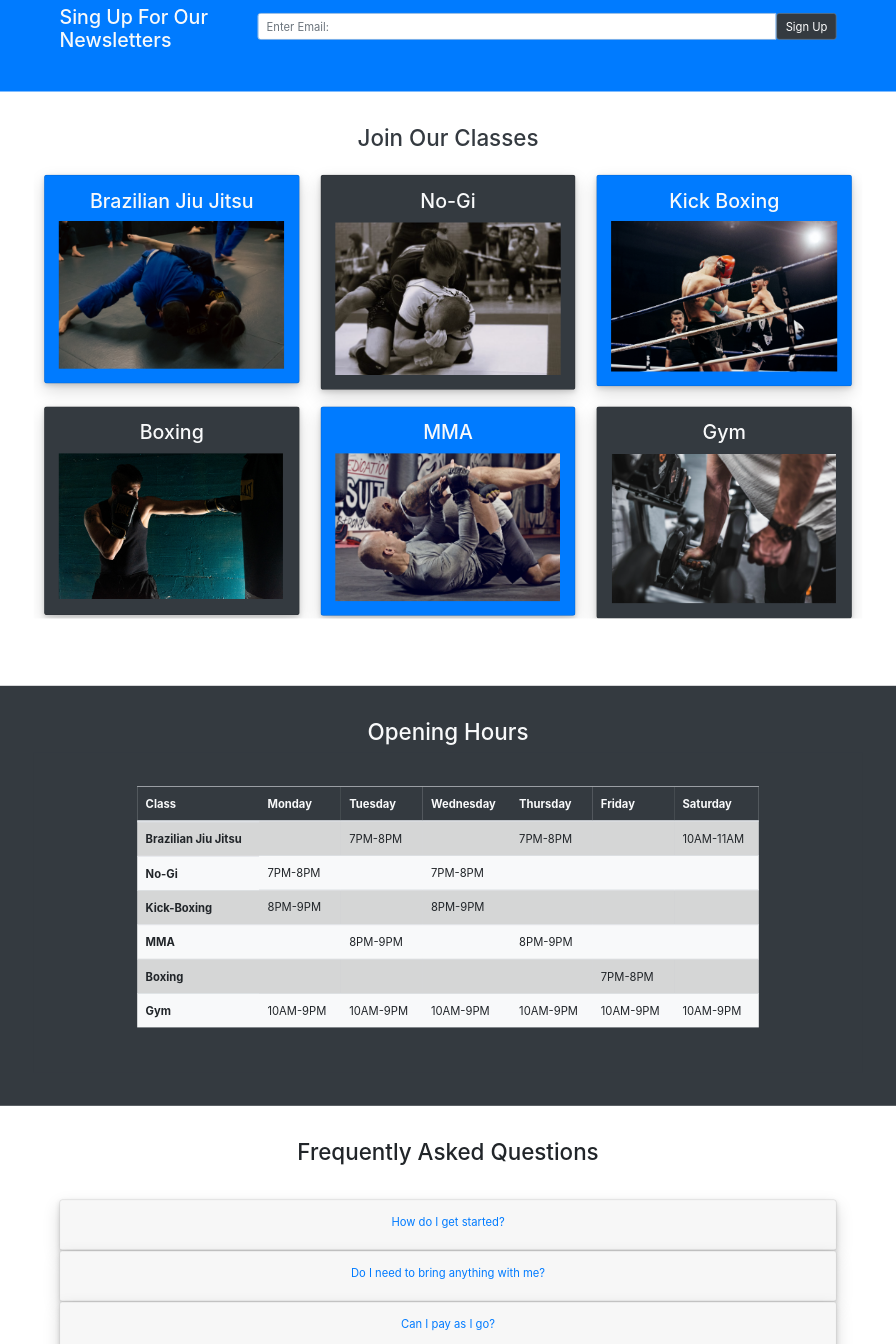
Repository: IonPara/Just-Fight
Page: index.html
An editor plug-in stored every save of this project. The page is shown before and after the next save, followed by the edit.
The browser window is 1280 px wide. The pictures show the part of the page from y = 504 to 2424 px (the page is 4101 px tall before and 4081 px after), at 70% of full size.
Some web libraries are served in a nearby version.

Above is the page before, as saved 2023-03-13 15:52:16.

After the next save:
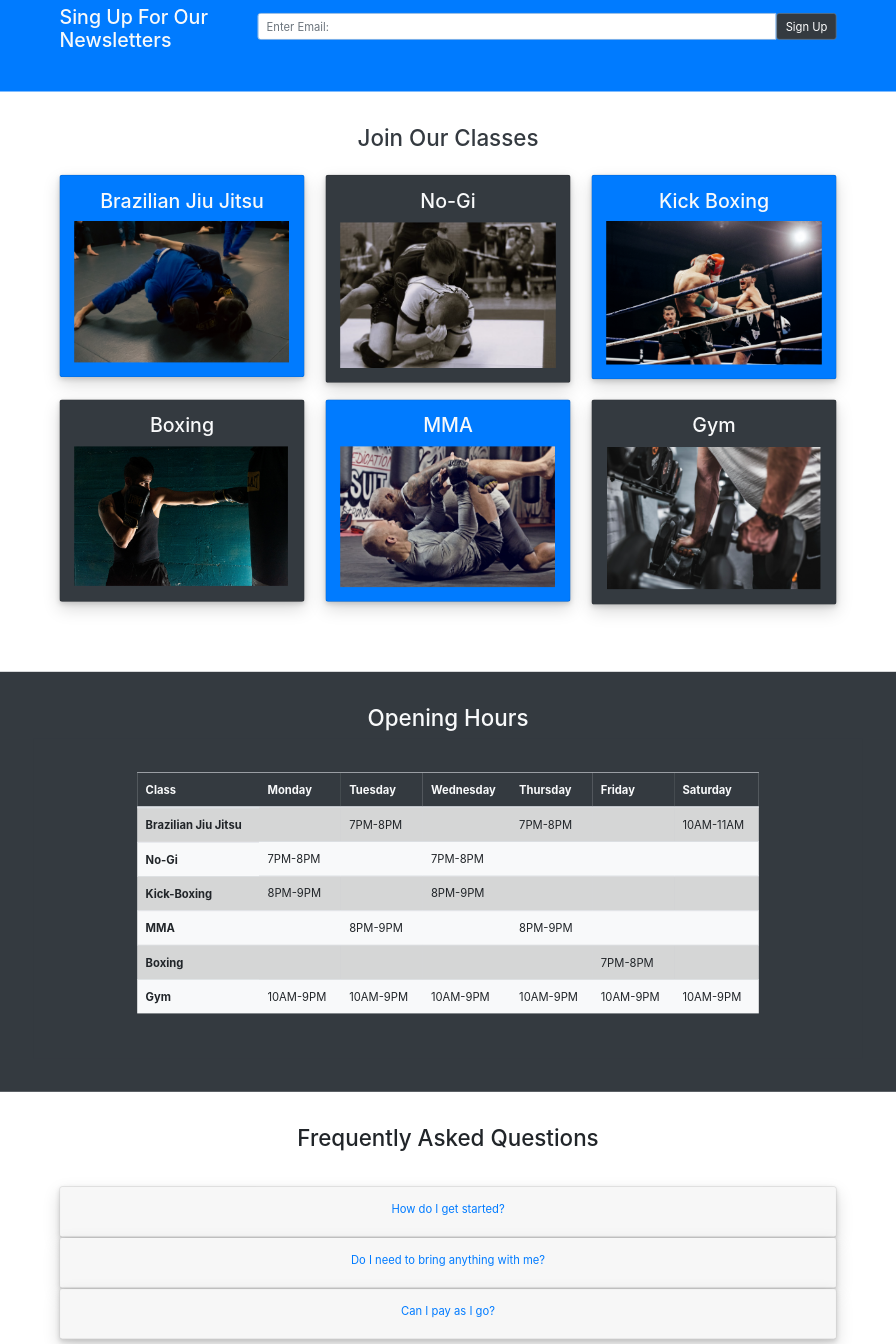
Saved 29 s later.
--- a/index.html
+++ b/index.html
@@ -97,8 +97,8 @@
   </div>
 
   <!-------------------------------Our Classes Boxes------------ -->
-  <section class="p-5 mb-5" id="ourClasses">
-    <div class="container classes-container text-center text-light boxes">
+  <section class="p-5 mb-5 classes-container" id="ourClasses">
+    <div class="container  text-center text-light boxes">
       <div class="row">
         <div class="col text-dark font-weight-bolder">
           <div class=" h2 pb-4">Join Our Classes</div>
